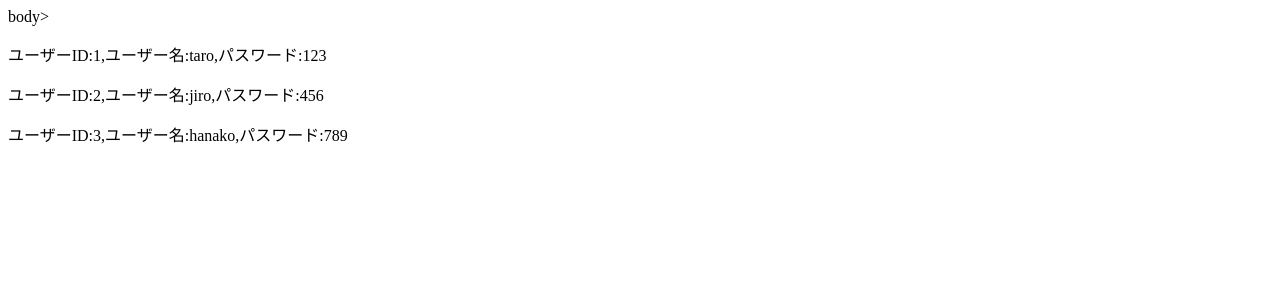
Repository: xiezom/test
Page: http://localhost/HelloServlet/MySQLServlet
An editor plug-in stored every save of this project. The page is shown before and after the next save, followed by the edit.
The browser window is 1280 px wide. The pictures show the whole page.
The page is served by Tomcat 9. The database holds what the project's SQL file puts in it.

Above is the page before, as saved 2019-02-20 02:18:05.

After the next save:
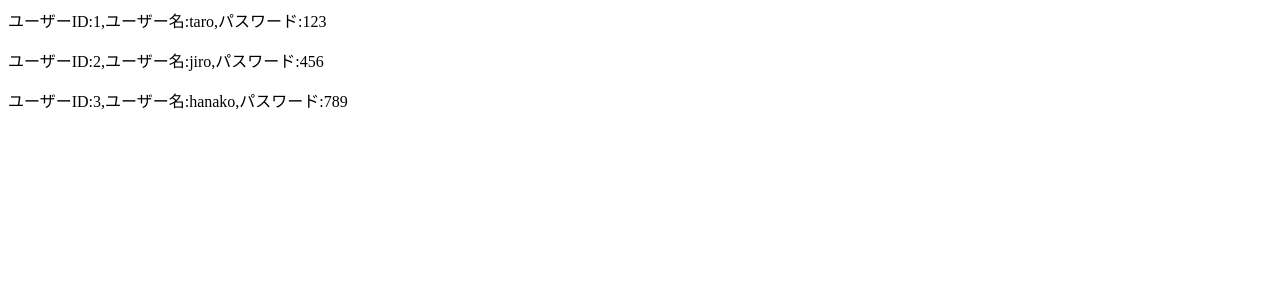
Saved 46 s later.
--- a/HelloServlet/src/MySQLServlet.java
+++ b/HelloServlet/src/MySQLServlet.java
@@ -35,7 +35,7 @@ public class MySQLServlet extends HttpServlet {
 		out.println("<head>");
 		out.println("<title>データベーステスト</title>");
 		out.println("</head>");
-		out.println("body>");
+		out.println("<body>");
 
 		Connection conn = null;
 		String url = "jdbc:mysql://localhost/testdb";
